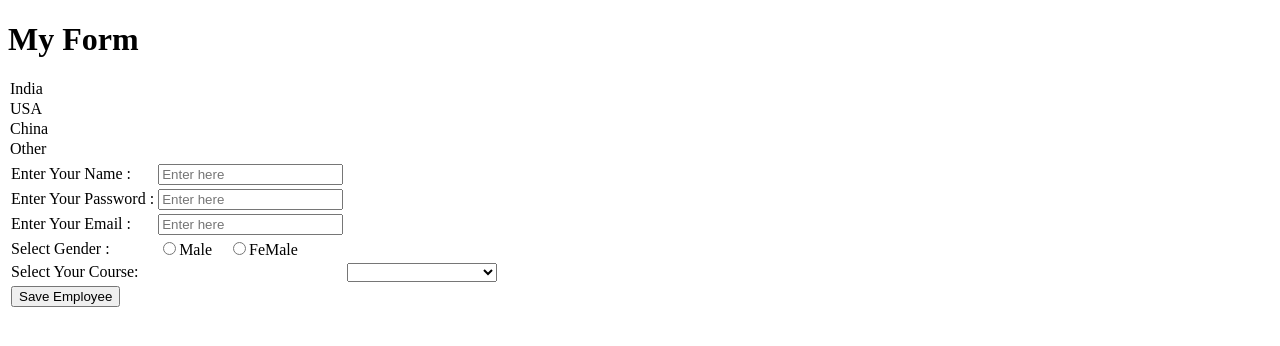
Repository: Kamleshmaury/CoreJava
Page: RegistrationForm/src/main/webapp/index.html
The author's editor kept a copy of each file at every save. The page is drawn from the files as they stood at one save, then again after the next save.
The browser window is 1280 px wide. The pictures show the whole page.

Above is the page before, as saved 2022-10-18 08:06:36.

After the next save:
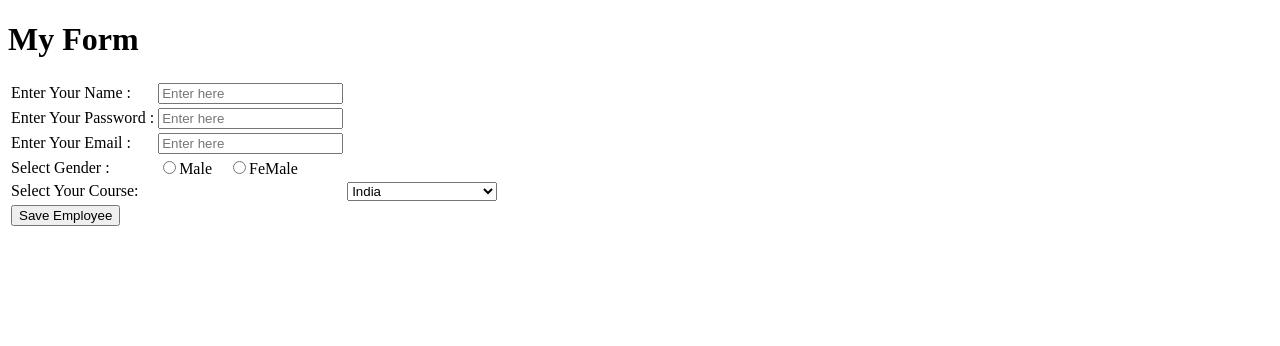
Saved 45 min 59 s later.
--- a/RegistrationForm/src/main/webapp/index.html
+++ b/RegistrationForm/src/main/webapp/index.html
@@ -27,11 +27,12 @@
 				</tr>
 
 				<tr><td>Select Your Course:</td><td>
-					<td><select name="course" style="width:150px"></td>
-				<option>India</option>
-				<option>USA</option>
-				<option>China</option>
-				<option>Other</option>
+					<td><select name="course" style="width:150px">
+					<option>India</option>
+					<option>USA</option>
+					<option>China</option>
+					<option>Other</option>
+					</td>
 			</select>
 			</td></tr>
 			<tr><td colspan="2"><input type="submit" value="Save Employee"/></td></tr>
